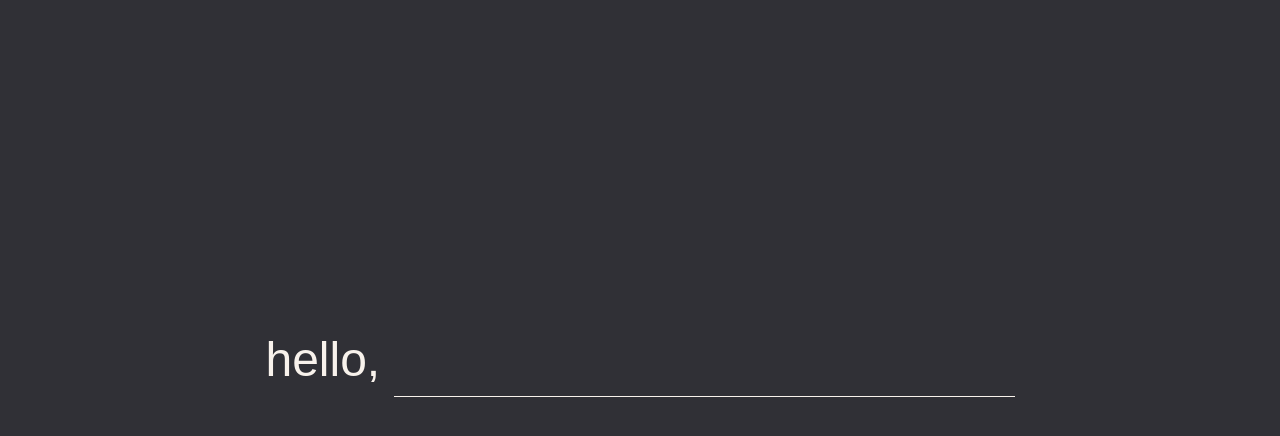
Repository: zhangolivia7/rot-recovery
Page: /
The author's editor kept a copy of each file at every save. The page is drawn from the files as they stood at one save, then again after the next save.
The browser window is 1280 px wide. The pictures show the whole page.
The project was rebuilt for these pictures with package versions that can differ from the ones it lists, and the page was loaded fresh each time. The framework's server and built-in components were replaced by stand-ins that run in the browser. Also part of the build but not shown: next.config.ts.

Above is the page before, as saved 2025-03-26 10:33:59.

After the next save:
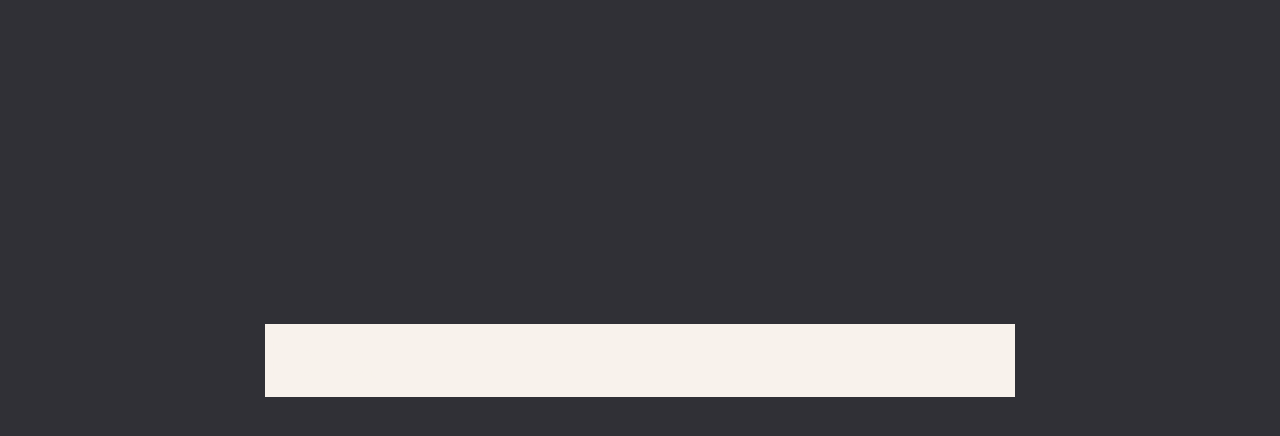
Saved 6 s later.
--- a/src/app/globals.css
+++ b/src/app/globals.css
@@ -70,5 +70,5 @@ h1 {
 }
 
 #sec1 {
-  background-color: var(--background);
+  background-color: var(--foreground);
 }
